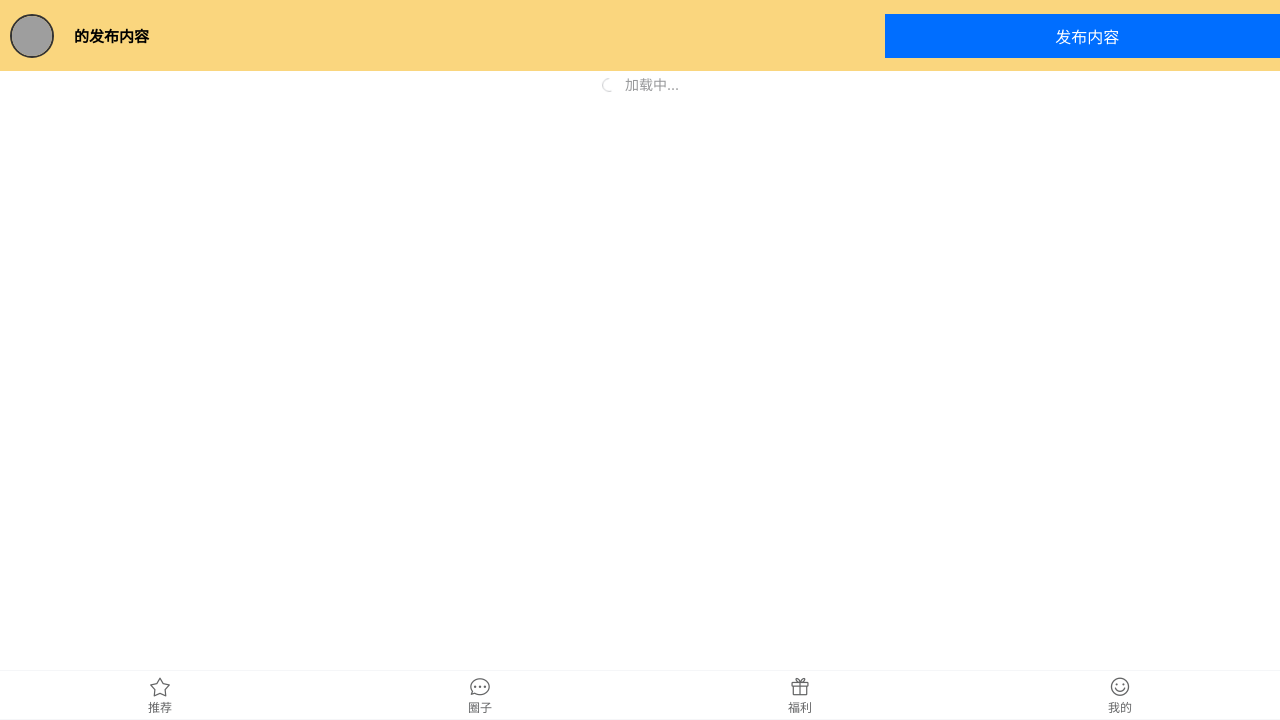
Repository: pbw-langwang/dm
Page: /#/fabu (app in dm_vue/)
These files come from the project's save history. The page is drawn as it stood at one moment and after the next save; the edit follows.
The browser window is 1280 px wide. The pictures show the whole page.
The page's requests for data from a server got no answer. The project was rebuilt for these pictures with package versions that can differ from the ones it lists, and the page was loaded fresh each time. No one was signed in, and anything a server would have sent is missing. Also part of the build but not shown: dm_vue/src/components/HelloWorld.vue, dm_vue/src/components/video.vue, dm_vue/src/components/setting.vue, dm_vue/src/components/gift.vue, dm_vue/src/components/Regist.vue, dm_vue/src/components/history.vue, dm_vue/src/components/Search.vue, dm_vue/src/components/SearchList.vue and 2 more.

Above is the page before, as saved 2021-06-22 16:04:47.

After the next save:
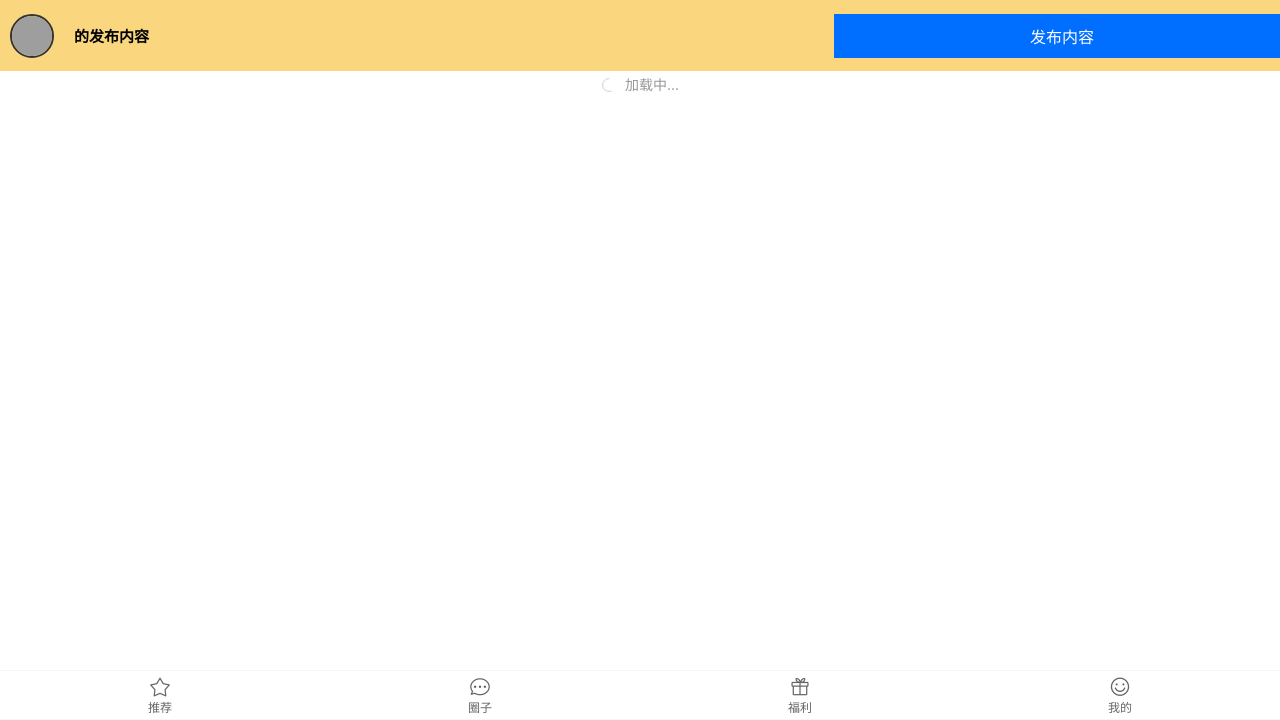
Saved 35 s later.
--- a/dm_vue/src/components/fabu.vue
+++ b/dm_vue/src/components/fabu.vue
@@ -88,13 +88,13 @@ export default {
   border: #333 solid 2px;
 }
 .top .name{
-  flex: 2;
+  flex: 5;
   padding-left: 20px;
   font-size: 15px;
   font-weight: 700;
 }
 .top p:nth-child(3){
-  flex: 1;
+  flex: 3;
   display: inline-block;
   background-color: rgb(0, 110, 255);
   color: white;
